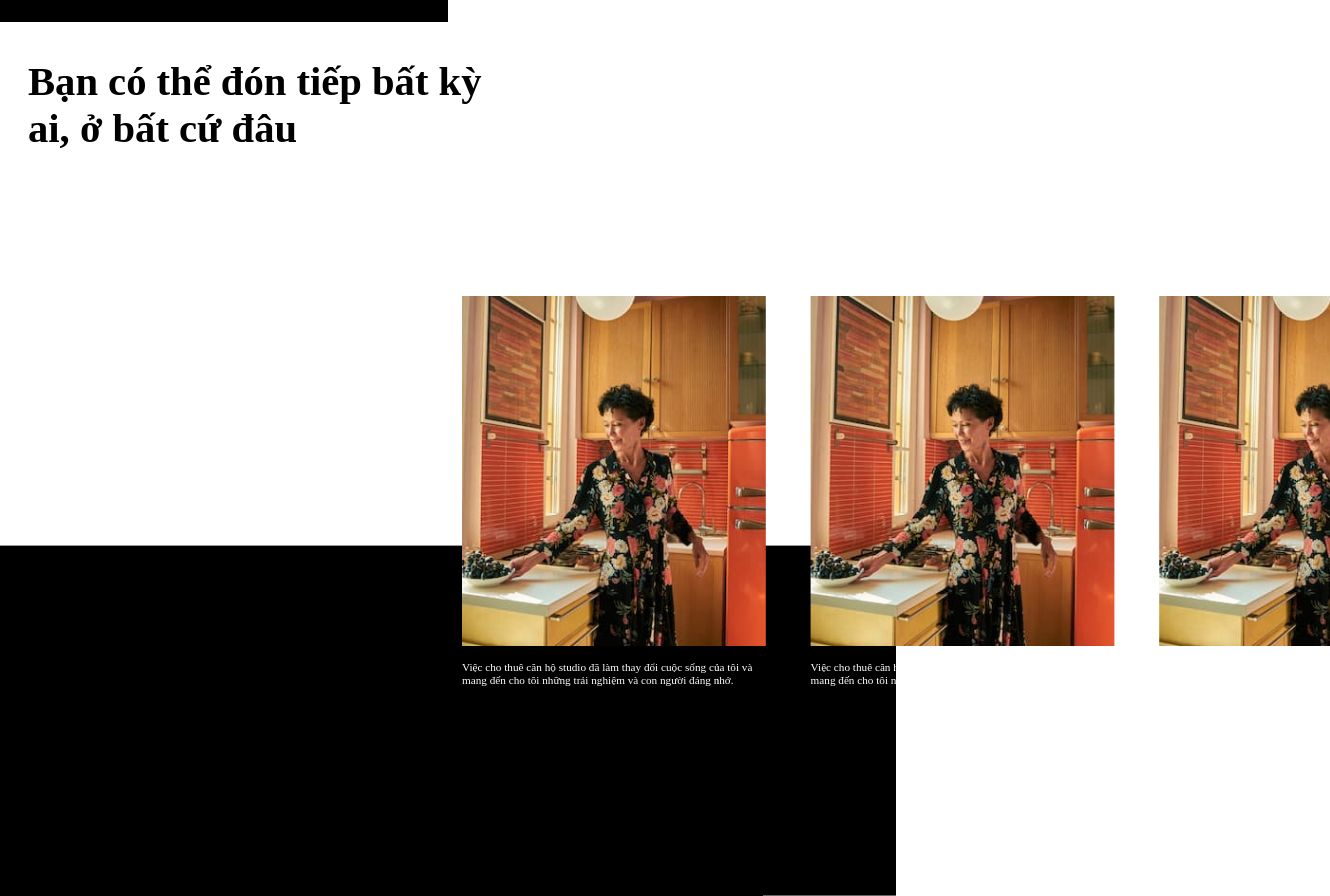
Repository: HoanTiny/AirbnbClone
Page: page3.html
These files come from the project's save history. The page is drawn as it stood at one moment and after the next save; the edit follows.
The browser window is 1280 px wide. The page is 1900 px wide, so the pictures cover 1900 px, including what lies to the right of the window. The pictures show the part of the page from y = 688 to 1968 px (the page is 1968 px tall), at 70% of full size.
Pictures or frames that could not be fetched are drawn as grey boxes.

Above is the page before, as saved 2021-09-13 11:26:43.

After the next save:
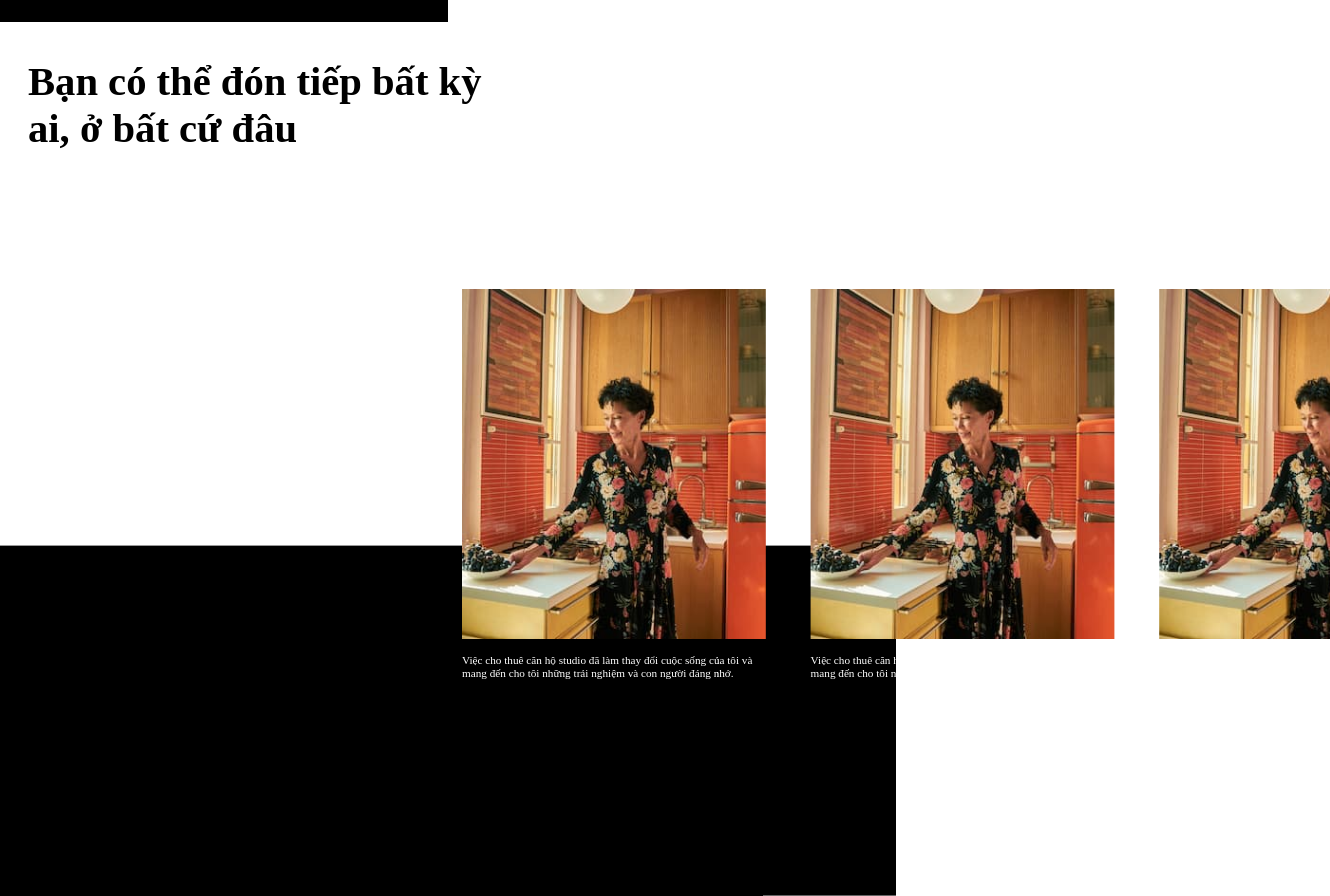
Saved 11 s later.
--- a/acess/css/mainpage3.css
+++ b/acess/css/mainpage3.css
@@ -118,6 +118,7 @@ body {
 
 .home__img-text-end {
     color: var(--white-color);
+    font-size: 1.8rem;
 }
 
 .content__home-img {
